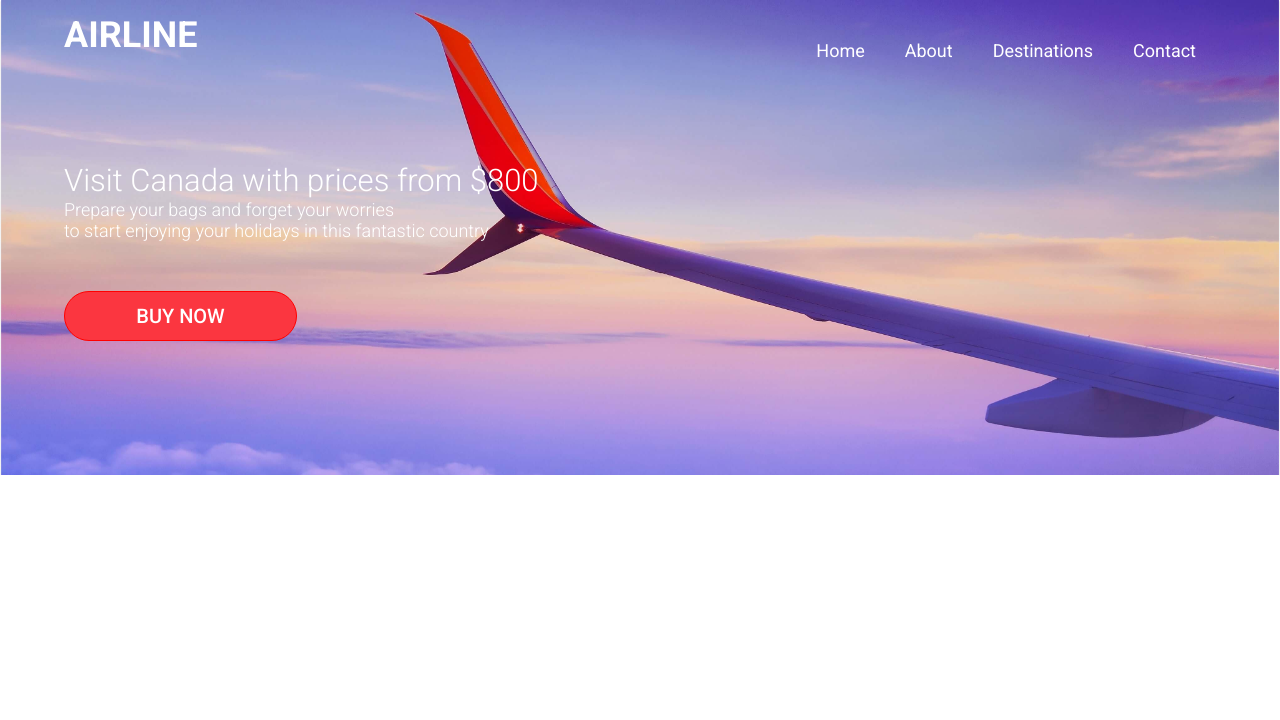
Repository: Cherced/AIRLINES
Page: /
The author's editor kept a copy of each file at every save. The page is drawn from the files as they stood at one save, then again after the next save.
The browser window is 1280 px wide. The pictures show the whole page.
The project was rebuilt for these pictures with package versions that can differ from the ones it lists, and the page was loaded fresh each time. The framework's server and built-in components were replaced by stand-ins that run in the browser. Also part of the build but not shown: components/atoms/Footer/SocialMedia.jsx, components/atoms/Footer/MoreToUs.jsx, components/molecules/Footer.jsx.

Above is the page before, as saved 2022-06-30 13:50:32.

After the next save:
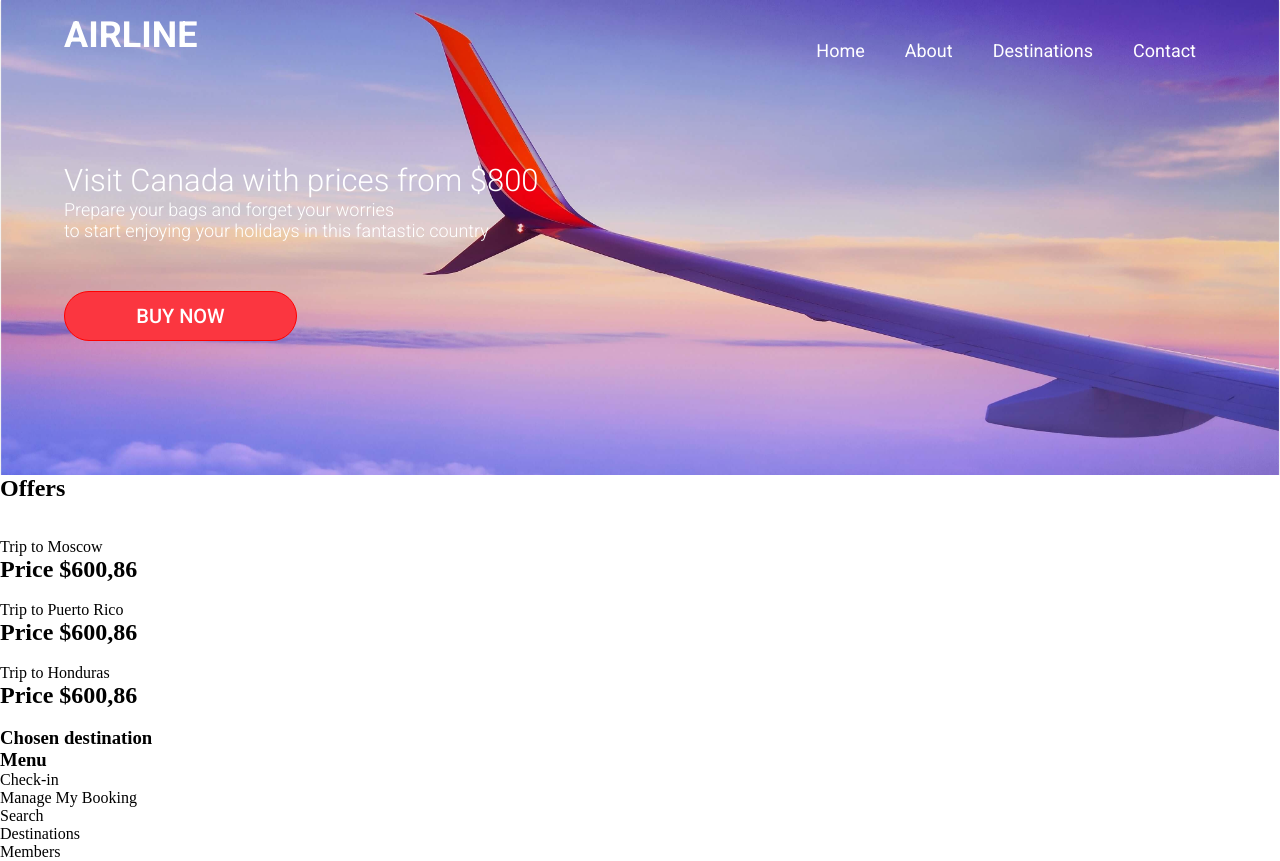
Saved 29 s later.
--- a/pages/index.js
+++ b/pages/index.js
@@ -7,6 +7,7 @@ const index = () => {
   return (
     <React.Fragment>
         <Banner/>
+        <Offers/>
     </React.Fragment>
   )
 }
